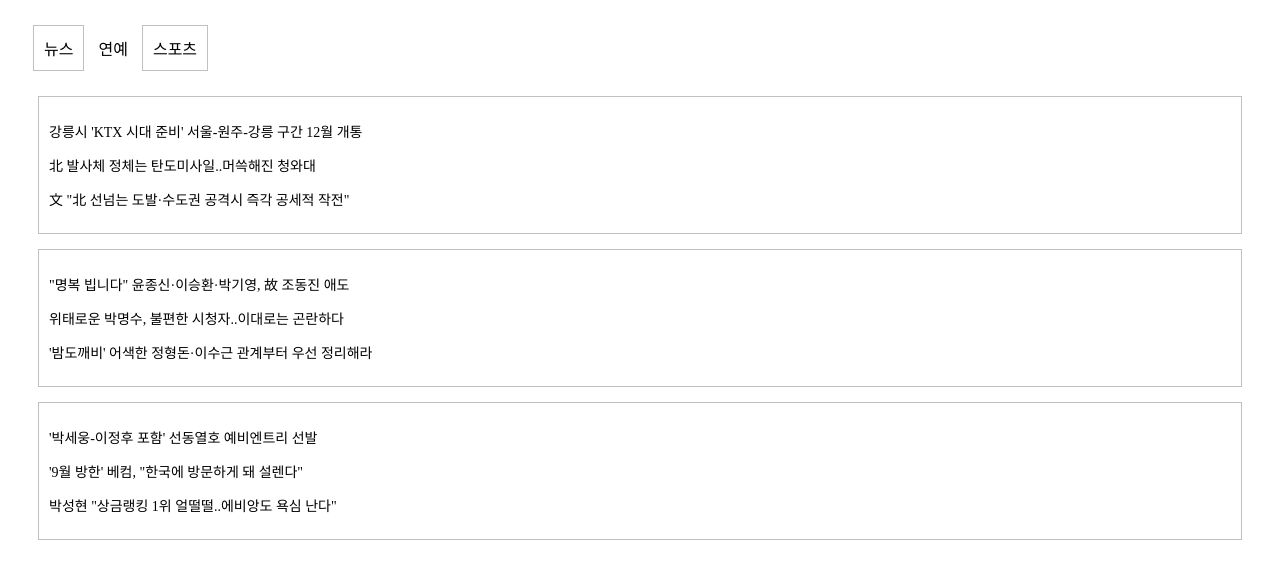
Repository: astute22/web-p
Page: simple-script/WebContent/exercise/sample2.html
These files come from the project's save history. The page is drawn as it stood at one moment and after the next save; the edit follows.
The browser window is 1280 px wide. The pictures show the whole page.

Above is the page before, as saved 2017-08-28 07:38:06.

### simple-script/WebContent/exercise/sample2.html
<!DOCTYPE html>
<html>
<head>
<meta charset="UTF-8">
<title>Insert title here</title>
<style type="text/css">
	div {margin: 15px;}

	label {
		margin: 10px;
		display: inline-block; 100px;
		padding: 10px;
		border: 1px solid silver;
	}

	div.topics{
		padding: 10px;
		border: 1px solid silver;
		font-size: 14px;
	}
</style>
</head>
<body>
	<div>
		<label id="news">뉴스</label>
		<labelid="ent">연예</label>
		<label>스포츠</label>
	</div>
	<div>
		<div class="topics" id="n-news">
			<p>강릉시 'KTX 시대 준비' 서울-원주-강릉 구간 12월 개통</p>
			<p>北 발사체 정체는 탄도미사일..머쓱해진 청와대</p>
			<p>文 "北 선넘는 도발·수도권 공격시 즉각 공세적 작전"</p>
		</div>
		<div class="topics" id="n-ent">
			<p>"명복 빕니다" 윤종신·이승환·박기영, 故 조동진 애도</p>
			<p>위태로운 박명수, 불편한 시청자..이대로는 곤란하다</p>
			<p>'밤도깨비' 어색한 정형돈·이수근 관계부터 우선 정리해라</p>
		</div>
		<div class="topics" id="n-spo">
			<p>'박세웅-이정후 포함' 선동열호 예비엔트리 선발</p>
			<p>'9월 방한' 베컴, "한국에 방문하게 돼 설렌다"</p>
			<p>박성현 "상금랭킹 1위 얼떨떨..에비앙도 욕심 난다"</p>
		</div>
	</div>
</body>
<script type="text/javascript">
	// label를 클릭하면 해당 토픽만 화면에 표시되게 하기
</script>
</html>

After the next save:
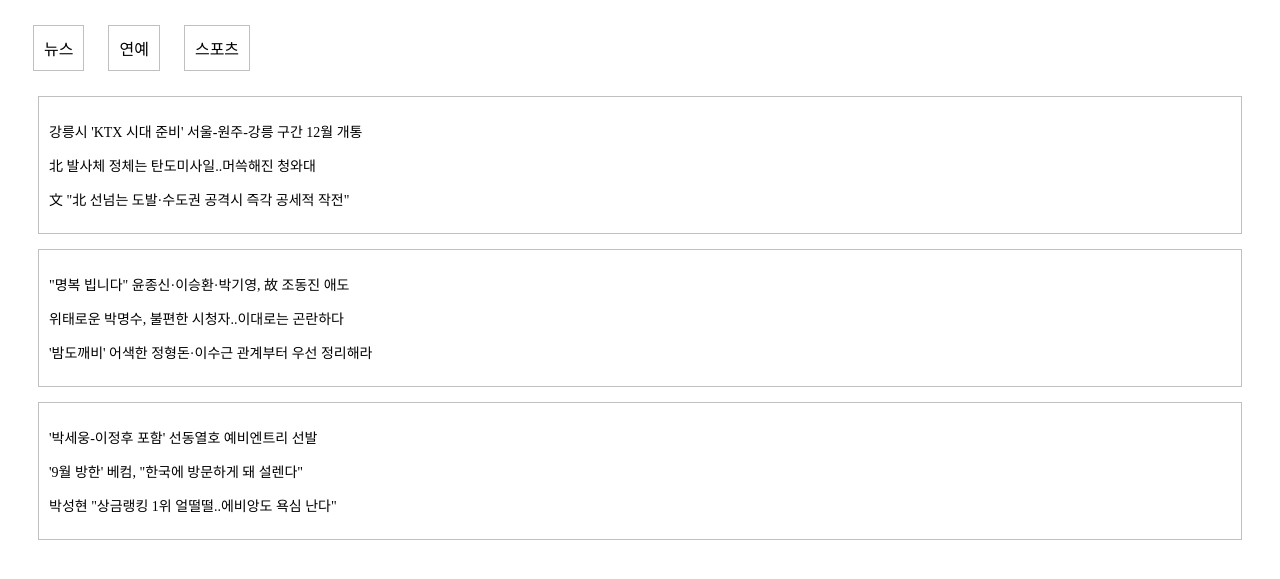
Saved 7 s later.
--- a/simple-script/WebContent/exercise/sample2.html
+++ b/simple-script/WebContent/exercise/sample2.html
@@ -23,8 +23,8 @@
 <body>
 	<div>
 		<label id="news">뉴스</label>
-		<labelid="ent">연예</label>
-		<label>스포츠</label>
+		<label id="ent">연예</label>
+		<label id="spo">스포츠</label>
 	</div>
 	<div>
 		<div class="topics" id="n-news">
